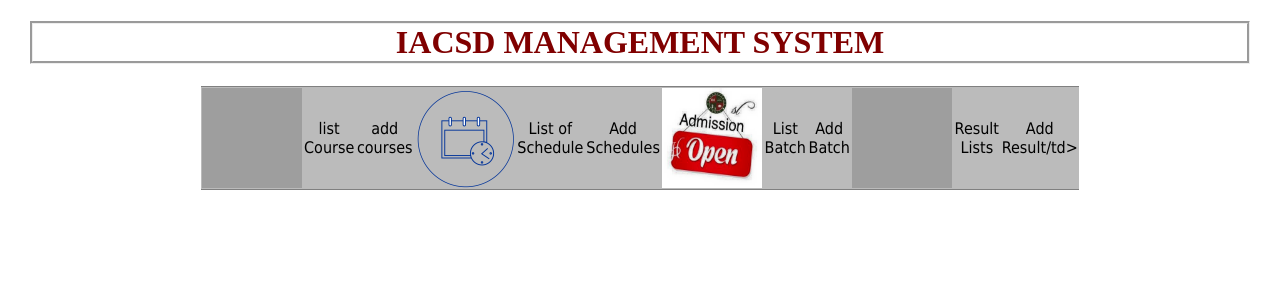
Repository: vsc8791/IMS
Page: http://localhost/web-customer-tracker/
The author's editor kept a copy of each file at every save. The page is drawn from the files as they stood at one save, then again after the next save.
The browser window is 1280 px wide. The pictures show the whole page.
Pictures or frames that could not be fetched are drawn as grey boxes. The page is served by Tomcat 9. Other server files are loaded and not shown.

Above is the page before, as saved 2018-07-29 08:39:12.

### web-customer-tracker/WebContent/index.jsp
<%@ page language="java" contentType="text/html; charset=ISO-8859-1"
	pageEncoding="ISO-8859-1"%>
<!DOCTYPE html PUBLIC "-//W3C//DTD HTML 4.01 Transitional//EN" "http://www.w3.org/TR/html4/loose.dtd">
<html>
<head>
<meta http-equiv="Content-Type" content="text/html; charset=ISO-8859-1">

<!-- reference our style sheet -->

<link type="text/css" rel="stylesheet"
	href="${pageContext.request.contextPath}/resources/css/style.css" />
<title>Welcome-Page</title>
</head>
<body>

	<%-- <a href="http://localhost:8082/web-customer-tracker/customer/list">List Course</a><br>
<a href="http://localhost:8082/web-customer-tracker/customer/showFormForAdd">Add Courses</a><br>
<a href="http://localhost:8082/web-customer-tracker/student/list">GET LIST OF STUDENTS</a><br>
<a href="http://localhost:8082/web-customer-tracker/student/register">Register New Student</a><br>
<a href="http://localhost:8082/web-customer-tracker/faculty/list">GET LIST OF Faculty</a><br>
<a href="http://localhost:8082/web-customer-tracker/faculty/register">Register New Faculty</a><br>
<a href="http://localhost:8082/web-customer-tracker/schedule/list">GET LIST OF schedule</a><br>
<a href="http://localhost:8082/web-customer-tracker/schedule/showFormForAdd">Set Schedule</a><br>
<a href="http://localhost:8082/web-customer-tracker/result/list">Results</a><br>
<a href="http://localhost:8082/web-customer-tracker/result/showFormForAdd">add result</a><br>
<a href="http://localhost:8082/web-customer-tracker/batch/list">Batch Details</a><br>
<a href="http://localhost:8082/web-customer-tracker/batch/showFormForAdd">Add New Batch</a><br>

<img src="${pageContext.request.contextPath}/images/courses.jpg" /> --%>
	<h1 align="center"
		style="font-family: cursive; font-size: xx-large;; color: maroon; border: groove;">IACSD
		MANAGEMENT SYSTEM</h1>
	<%-- <img src="${pageContext.request.contextPath}/images/courses.jpg" /> --%>

	<table align="center">
		<tr>
			<td><img
				src="${pageContext.request.contextPath}/images/courses.jpg" height="100px" width="100px"/></td>
			<td>list Course</td>
			<td>add courses</td>
			<td><img
				src="${pageContext.request.contextPath}/images/schedule.png" height="100px" width="100px" /></td>
			<td>List of Schedule</td>
			<td>Add Schedules</td>
			<td><img
				src="${pageContext.request.contextPath}/images/batch.jpg" height="100px" width="100px"/></td>
			<td>List Batch</td>
			<td>Add Batch</td>
			<td><img
				src="${pageContext.request.contextPath}/images/result.png" height="100px" width="100px"/></td>
			<td>Result Lists</td>
			<td>Add Result/td>

	</table>


</body>
</html>

<%-- <% response.sendRedirect("customer/list"); %> --%>

### web-customer-tracker/WebContent/resources/css/style.css
html, body{
	margin-left:15px; margin-right:15px;
	padding:0px;
	font-family:Verdana, Arial, Helvetica, sans-serif;
}

table {
	border-collapse:collapse;
	border-bottom:1px solid gray;
	font-family: Tahoma,Verdana,Segoe,sans-serif;
	width:72%;
}

th {
	border-bottom:1px solid gray;
	background:none repeat scroll 0 0 #09c332;
	padding:10px;
	color: #FFFFFF;
}

tr {
	border-top:1px solid gray;
	text-align:center;
}

tr:nth-child(even) {background: #FFFFFF}
tr:nth-child(odd) {background: #BBBBBB}

#wrapper {width: 100%; margin-top: 0px; }
#header {width: 70%; background:#09c332; margin-top: 0px; padding:15px 0px 15px 15px;}
#header h2 {width: 100%; margin:auto; color: #FFFFFF;}
#container {width: 100%; margin:auto}
#container h3 {color: #000;}
#container #content {margin-top: 20px;}

.add-button {
	border: 1px solid #666;
	border-radius: 5px;
	padding: 4px;
	font-size: 12px;
	font-weight: bold;
	width: 120px;
	padding: 5px 10px;

	margin-bottom: 15px;
	background: #cccccc;
}

After the next save:
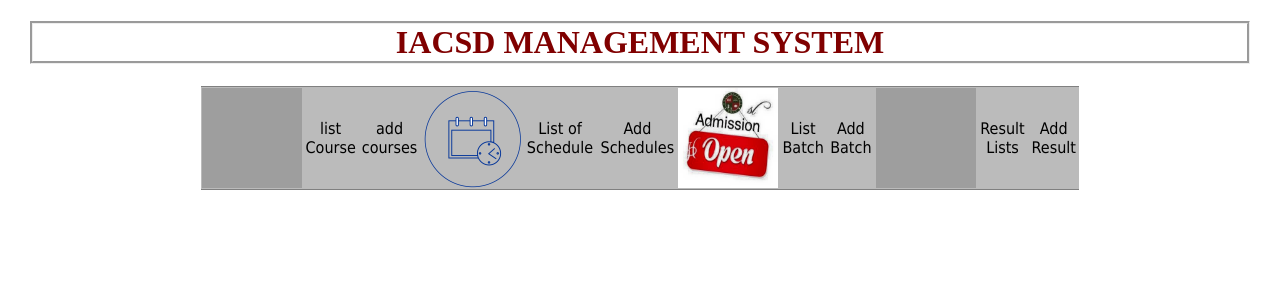
Saved 24 s later.
--- a/web-customer-tracker/WebContent/index.jsp
+++ b/web-customer-tracker/WebContent/index.jsp
@@ -49,7 +49,7 @@
 			<td><img
 				src="${pageContext.request.contextPath}/images/result.png" height="100px" width="100px"/></td>
 			<td>Result Lists</td>
-			<td>Add Result/td>
+			<td>Add Result</td>
 
 	</table>
 
